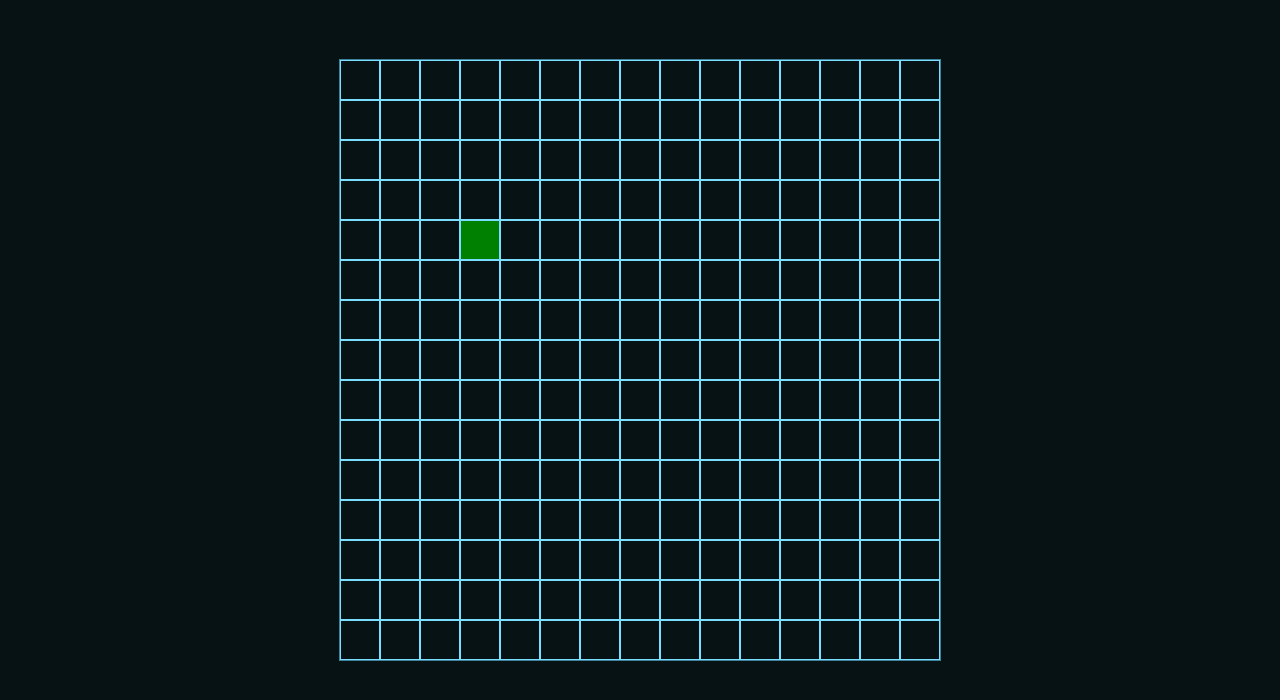
Repository: rehans-Life/linkedlist-snake-game
Page: /
An editor plug-in stored every save of this project. The page is shown before and after the next save, followed by the edit.
The browser window is 1280 px wide. The pictures show the whole page.
The project was rebuilt for these pictures with package versions that can differ from the ones it lists, and the page was loaded fresh each time. The framework's server and built-in components were replaced by stand-ins that run in the browser. Also part of the build but not shown: next.config.js.

Above is the page before, as saved 2023-04-15 12:29:53.

After the next save:
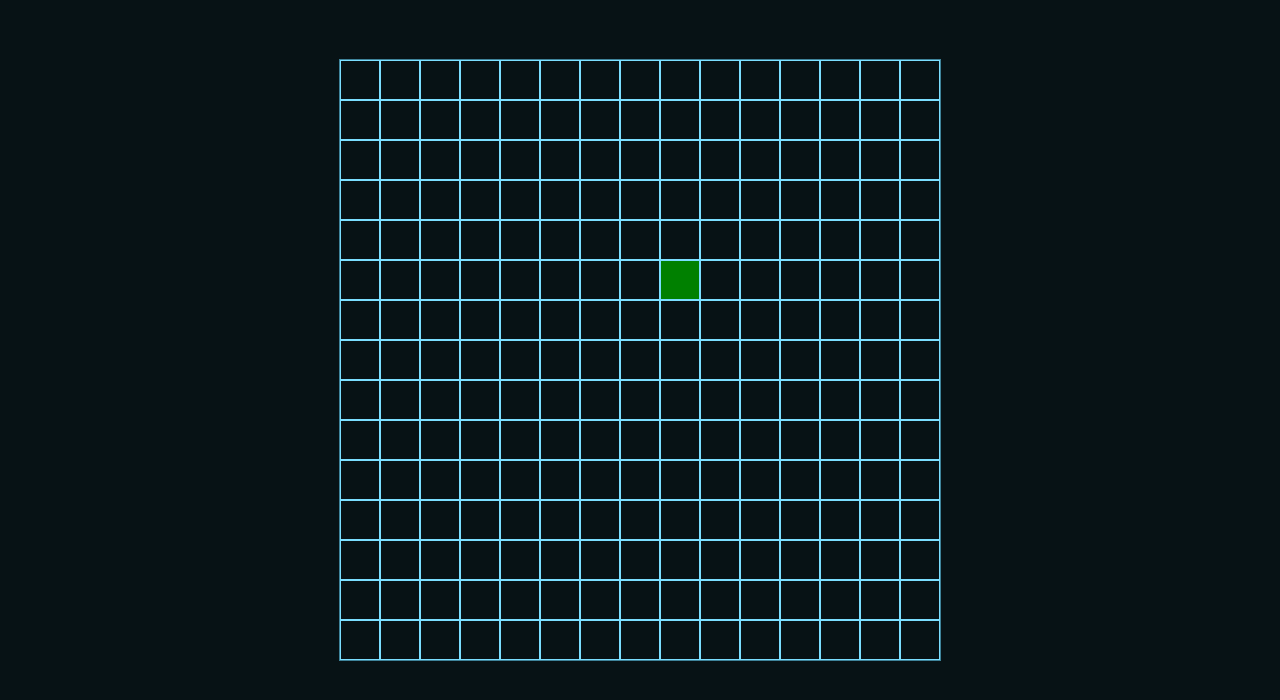
Saved 9 s later.
--- a/components/Board.jsx
+++ b/components/Board.jsx
@@ -26,11 +26,11 @@ export default function Board() {
 
   // A set to store the values of all snake cells intially our snake will be of size
   // one cell and start from the 44th cells
-  const [snakeCells, setSnakeCells] = useState(new Set([64]));
+  const [snakeCells, setSnakeCells] = useState(new Set([84]));
 
   // A linked list for our snake initally going to have only one node which
   // is at cell 44
-  const [linkedlist, setLinkedList] = useState(new SinglyLinkedList(44));
+  const [linkedlist, setLinkedList] = useState(new SinglyLinkedList(84));
 
   return (
     <div className={styles.board}>
